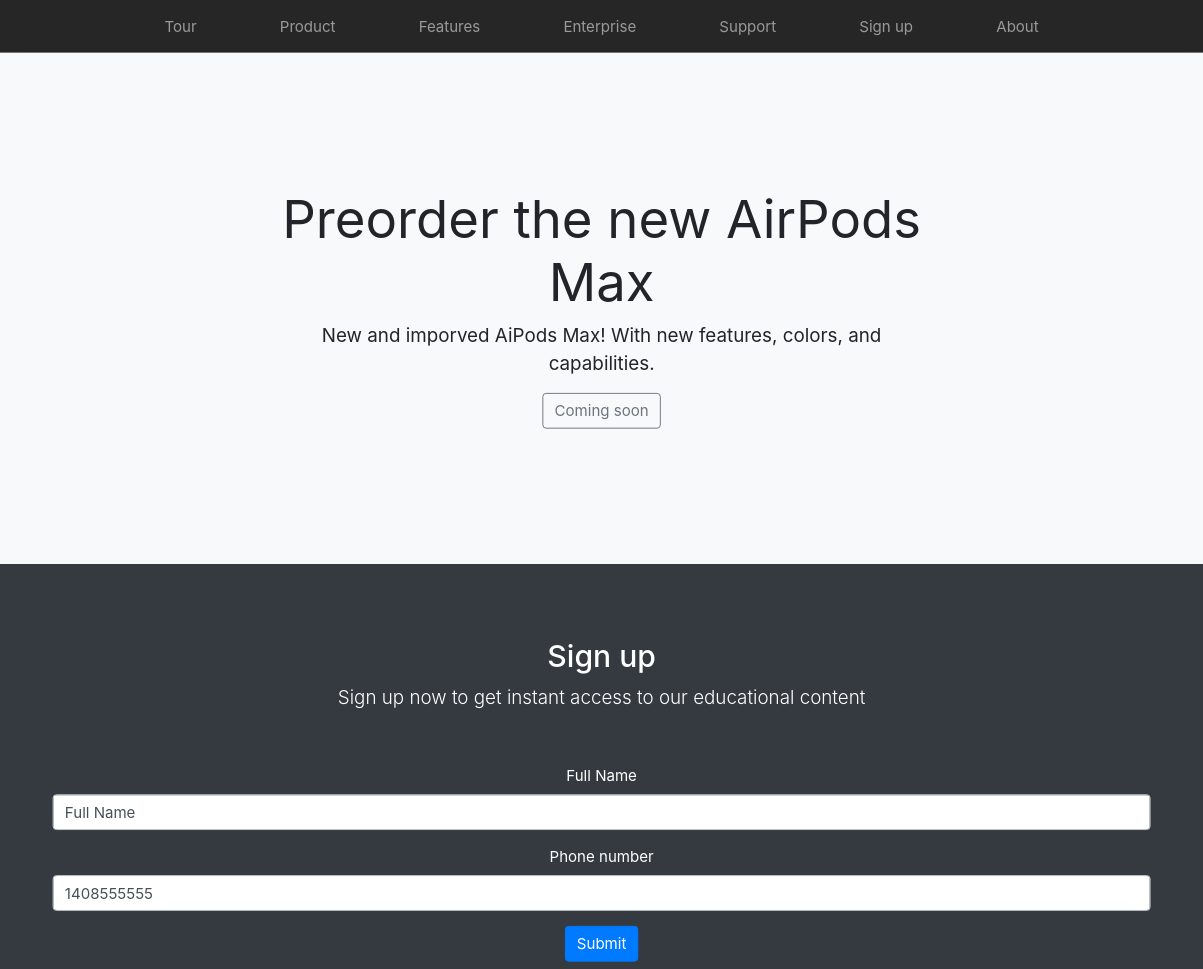
Repository: dogisej22/sejaldogiparthi-website
Page: LearnCS8-Twilio/index.html
The author's editor kept a record of every edit. The page is drawn from the files as they stood at one moment, then again after the next edit.
The browser window is 1280 px wide. The pictures show the whole page, at 94% of full size.

Above is the page before.

After the next edit:
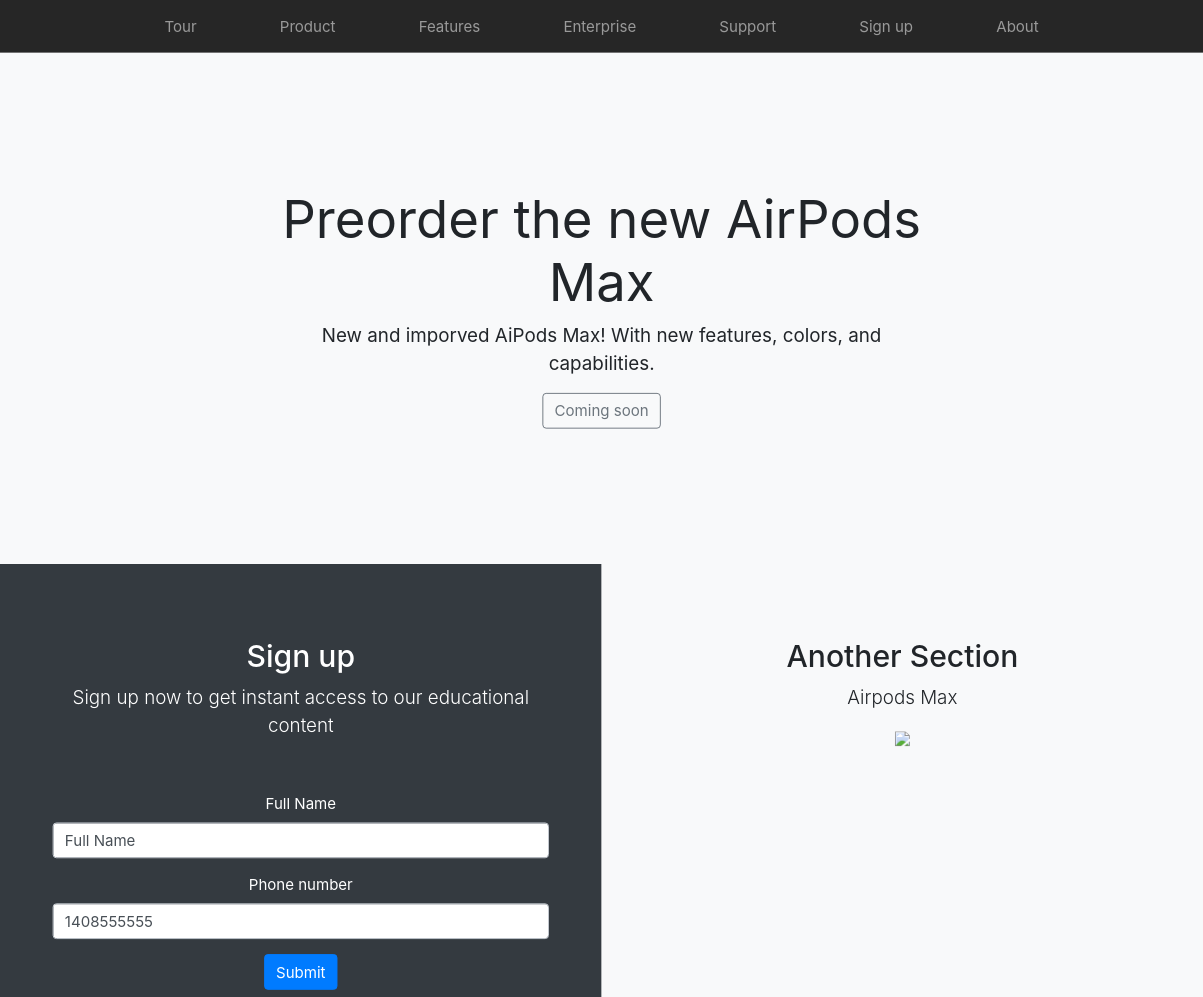
Not found: LearnCS8-Twilio/aipods.jpg
The edit:
--- a/LearnCS8-Twilio/index.html
+++ b/LearnCS8-Twilio/index.html
@@ -74,5 +74,15 @@
             <button type="submit" class="btn btn-primary">Submit</button>
         </form>
     </div>
+    <!-- Right Tile -->
+    <div class="bg-light pt-3 px-3 pt-md-5 px-md-5 text-center overflow-hidden">
+        <div class="my-3 p-3">
+            <h2 class="display-5">Another Section</h2>
+            <p class="lead">Airpods Max</p>
+            <img class="mx-auto" src="aipods.jpg" height="250px">
+        </div>
+        <div class="mx-auto" style="width: 80%; height: 100px; border-radius: 21px 21px 0 0;"></div>
+    </div>
+</div>
   </body>
 </html>
